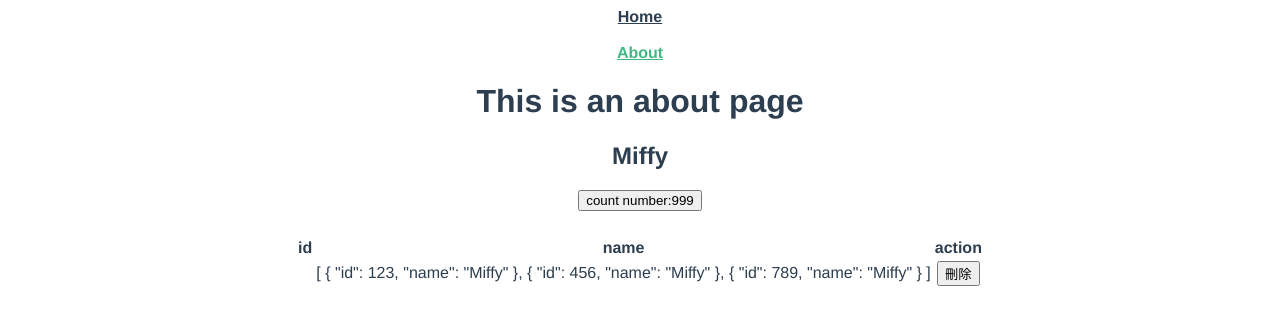
Repository: HaoMiffy/vue3-compisition-Typescript-pinia
Page: /about
These files come from the project's save history. The page is drawn as it stood at one moment and after a run of saves; the edit follows.
The browser window is 1280 px wide. The pictures show the whole page.
The project was rebuilt for these pictures with package versions that can differ from the ones it lists, and the page was loaded fresh each time. Also part of the build but not shown: vue.config.js, src/components/HelloWorld.vue, src/views/HomeView.vue.

Above is the page before, as saved 2022-12-12 11:45:07.

After the next 2 saves:
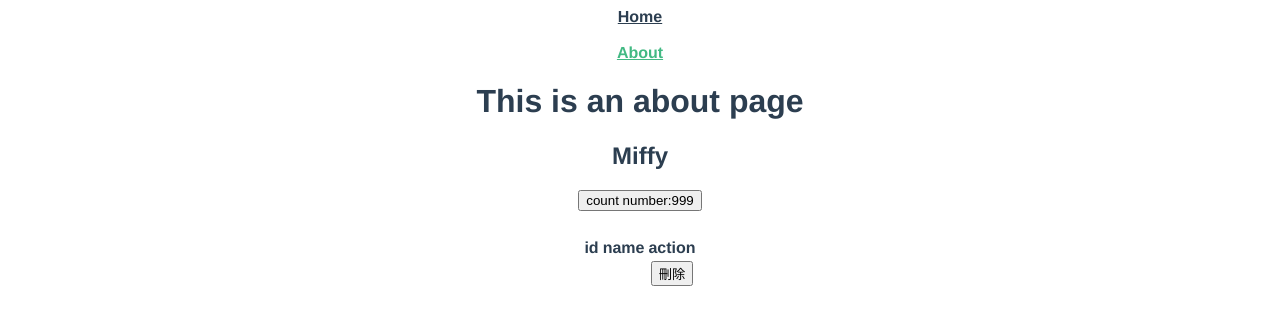
The 2 saves are shown as one change because they came seconds apart.
The last was saved 8 min 48 s later.
--- a/src/views/AboutView.vue
+++ b/src/views/AboutView.vue
@@ -18,7 +18,7 @@
               {{item.id}}
             </td>
             <td>
-              {{item}}
+              {{item.name}}
             </td>
             <td>
               <button @click="remove(index)">刪除</button>
